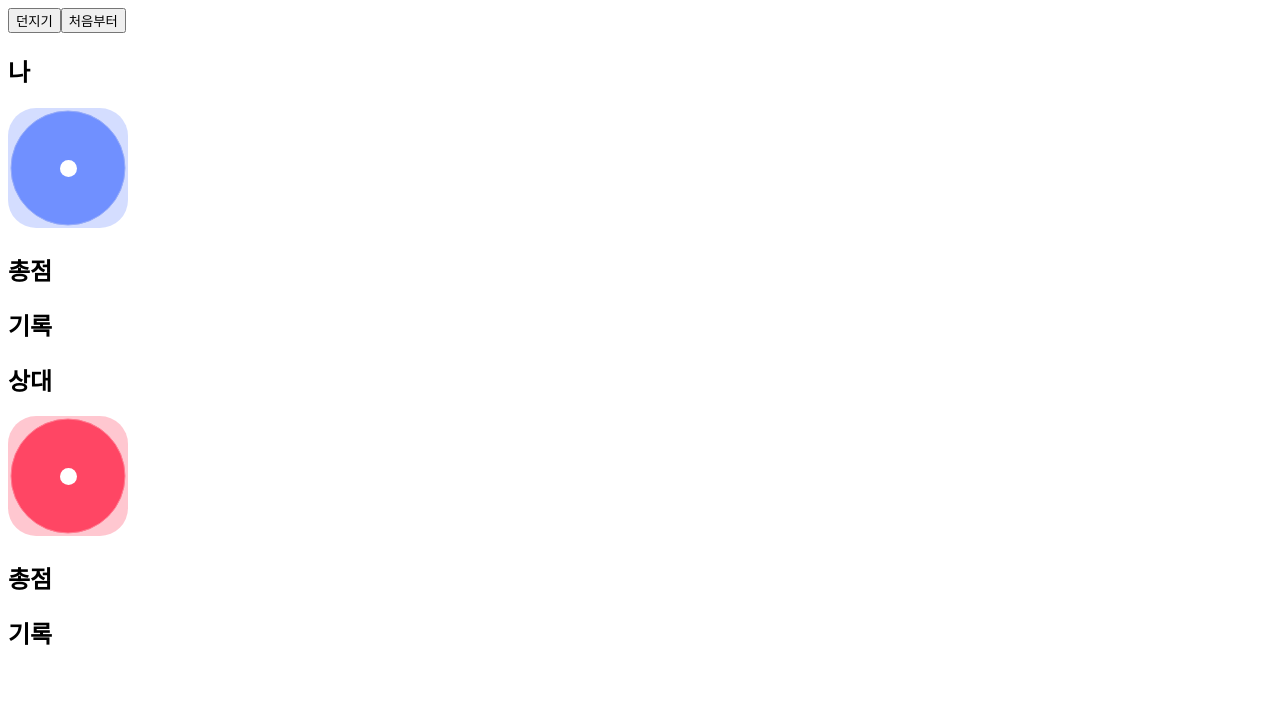
Repository: songjiwon17/React_study
Page: /
An editor plug-in stored every save of this project. The page is shown before and after a run of saves, followed by the edit.
The browser window is 1280 px wide. The pictures show the whole page.
The project was rebuilt for these pictures with package versions that can differ from the ones it lists, and the page was loaded fresh each time.

Above is the page before, as saved 2023-09-15 22:45:32.

After the next 2 saves:
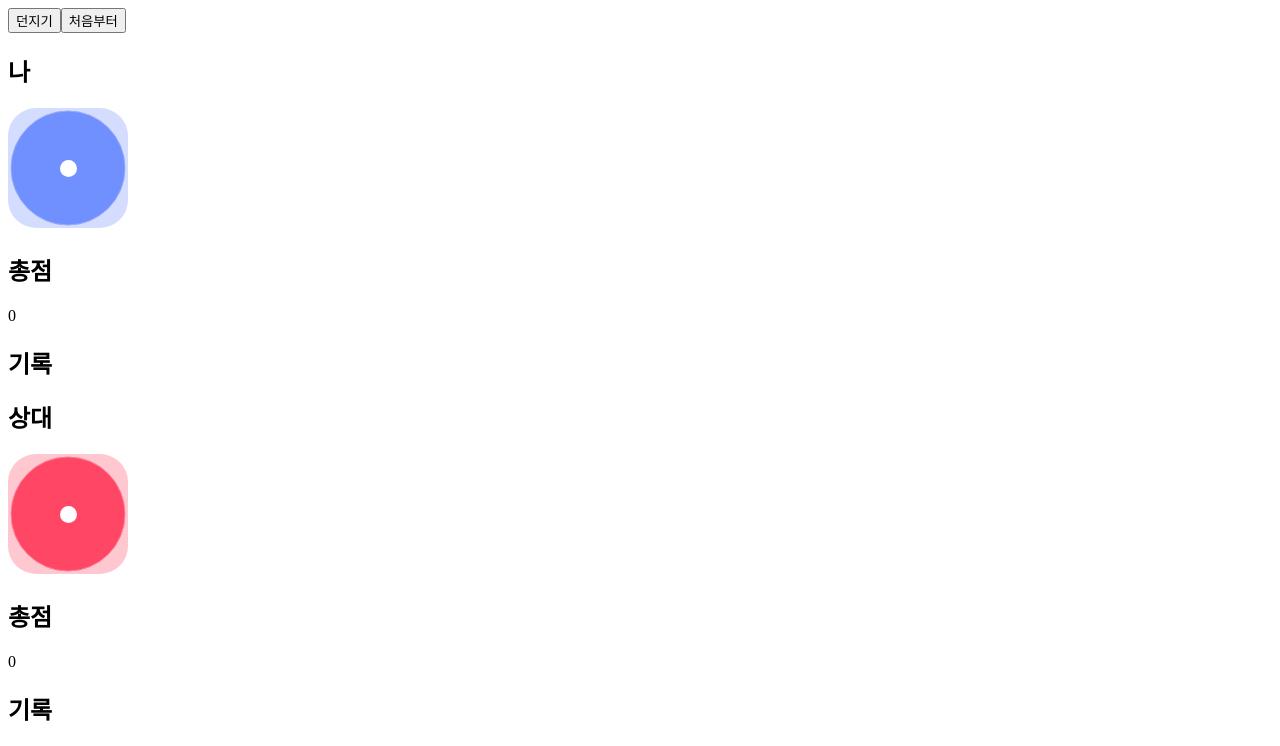
The 2 saves are shown as one change because 1 did not build or start.
The last was saved 2 min 55 s later.
--- a/src/Board.js
+++ b/src/Board.js
@@ -2,7 +2,9 @@ import { useState } from "react";
 import Button from "./Button";
 import Dice from "./Dice";
 
-function Board({name, color, num, sum, gameHistory}){
+function Board({name, color, gameHistory}){
+    const num = gameHistory[gameHistory.length -1] || 1;
+    const sum = gameHistory.reduce((a,b) => a+b,0);
 
     return(
         <div>
